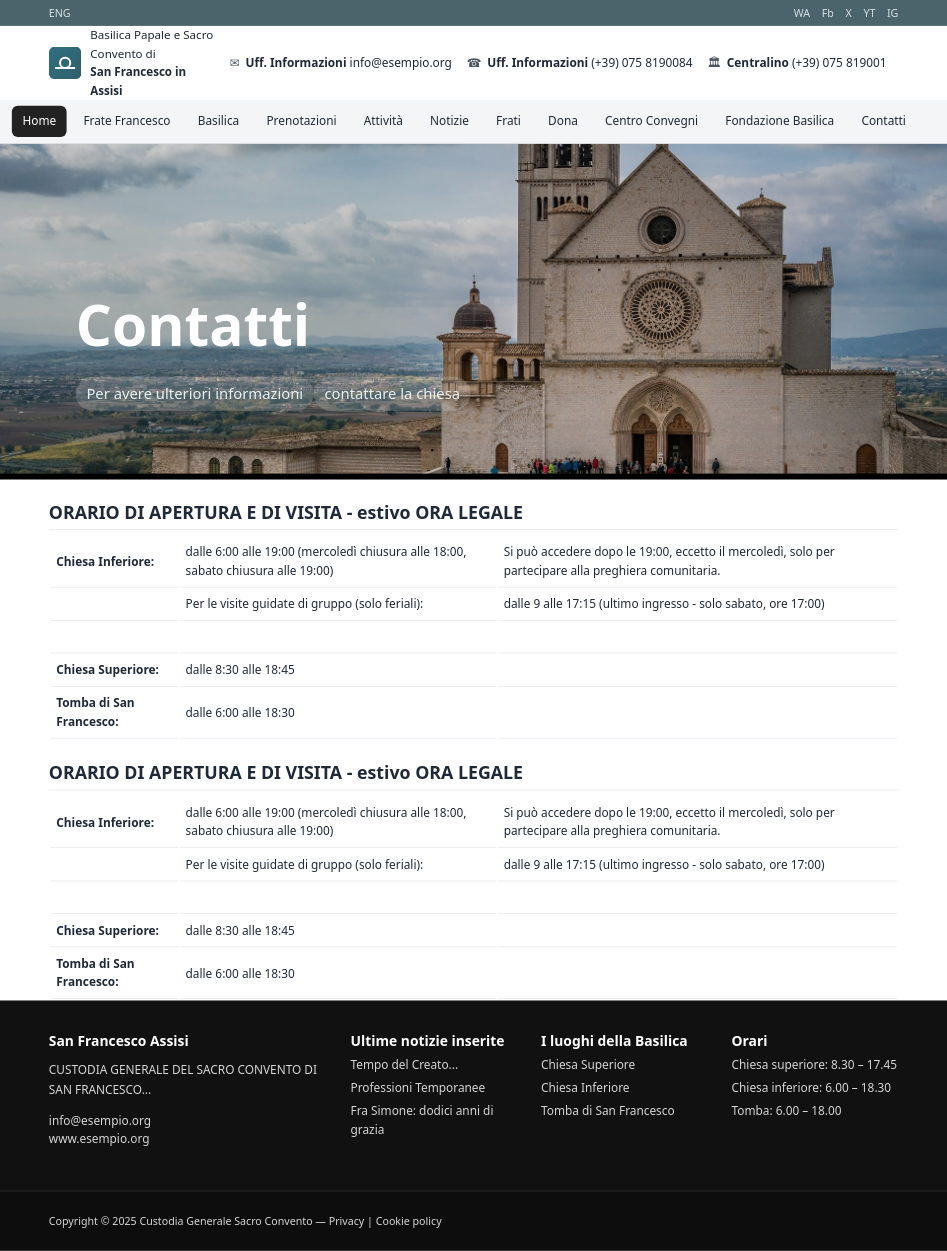
Repository: leacappello/basilica-platform-project
Page: pages/contatti.html
An editor plug-in stored every save of this project. The page is shown before and after the next save, followed by the edit.
The browser window is 1280 px wide. The pictures show the whole page, at 74% of full size.

Above is the page before, as saved 2025-09-17 09:25:54.
Console error (its wording comes from the project's code and is left out).

### pages/contatti.html
<!DOCTYPE html>
<html lang="it" class="no-js">

<head>
    <meta charset="utf-8" />
    <meta name="viewport" content="width=device-width, initial-scale=1" />
    <meta name="description"
        content="Basilica — Portale gemello (look & feel dimostrativo, contenuti e immagini originali)">
    <title>Basilica — Progetto gemello</title>

    <!-- Foglio di stile principale -->
    <link rel="stylesheet" href="../assets/styles.css" />

    <!-- Se JS è attivo, rimuoviamo la classe .no-js (utile per fallback menu) -->
    <script>document.documentElement.classList.remove('no-js');</script>
</head>

<body>

    <!-- ======================================================================
       TOPBAR: lingua + social (banda superiore sottile)
       ====================================================================== -->
    <div class="topbar">
        <div class="container topbar__inner">
            <div class="topbar__lang">
                <a href="#" aria-label="Versione in inglese">ENG</a>
            </div>
            <div class="topbar__social" aria-label="Social">
                <a href="#" aria-label="WhatsApp" title="WhatsApp">WA</a>
                <a href="#" aria-label="Facebook" title="Facebook">Fb</a>
                <a href="#" aria-label="X" title="X">X</a>
                <a href="#" aria-label="YouTube" title="YouTube">YT</a>
                <a href="#" aria-label="Instagram" title="Instagram">IG</a>
            </div>
        </div>
    </div>

    <!-- ======================================================================
       HEADER (masthead): logo + contatti rapidi + hamburger mobile
       Sticky con nav principale subito sotto
       ====================================================================== -->
    <header class="masthead">
        <div class="container masthead__inner">
            <!-- BRAND: logo + denominazione (il logo è decorativo; il nome è testuale) -->
            <a class="brand" href="#home" aria-label="Vai alla Home">
                <img src="images/logo.svg" alt="" class="brand__logo" aria-hidden="true" />
                <span class="brand__name">
                    Basilica Papale e Sacro Convento di<br />
                    <strong>San Francesco in Assisi</strong>
                </span>
            </a>

            <!-- CONTATTI RAPIDI: tre blocchi -->
            <ul class="masthead__contacts" aria-label="Contatti rapidi">
                <li>
                    <span class="ic" aria-hidden="true">✉</span>
                    <div>
                        <strong>Uff. Informazioni</strong>
                        <a href="mailto:info@esempio.org">info@esempio.org</a>
                    </div>
                </li>
                <li>
                    <span class="ic" aria-hidden="true">☎</span>
                    <div>
                        <strong>Uff. Informazioni</strong>
                        <a href="tel:+390758190084">(+39) 075 8190084</a>
                    </div>
                </li>
                <li>
                    <span class="ic" aria-hidden="true">🏛</span>
                    <div>
                        <strong>Centralino</strong>
                        <a href="tel:+39075819001">(+39) 075 819001</a>
                    </div>
                </li>
            </ul>

            <!-- HAMBURGER per mobile -->
            <button id="menu-button" class="menu-button" aria-controls="primary-nav" aria-expanded="false">
                <span class="sr-only">Apri/chiudi menu</span>
                <span aria-hidden="true" class="menu-icon"></span>
            </button>
        </div>

        <!-- NAV PRINCIPALE (mega-nav semplificato con sottomenù a tendina) -->
        <nav id="primary-nav" class="nav" aria-label="Navigazione principale">
            <ul class="nav__root">
                <li class="is-active"><a href="#home">Home</a></li>

                <li class="has-sub">
                    <a href="#frate">Frate Francesco</a>
                    <ul class="nav__sub">
                        <li><a href="#">Storia di un santo</a></li>
                        <li><a href="#">Scritti</a></li>
                    </ul>
                </li>

                <li class="has-sub">
                    <a href="#basilica">Basilica</a>
                    <ul class="nav__sub">
                        <li><a href="#">Chiesa superiore</a></li>
                        <li><a href="#">Chiesa inferiore</a></li>
                        <li><a href="#">Cripta</a></li>
                    </ul>
                </li>

                <li class="has-sub">
                    <a href="#prenotazioni">Prenotazioni</a>
                    <ul class="nav__sub">
                        <li><a href="#">Visite individuali</a></li>
                        <li><a href="#">Gruppi</a></li>
                    </ul>
                </li>

                <li class="has-sub">
                    <a href="#attivita">Attività</a>
                    <ul class="nav__sub">
                        <li><a href="#">Pastorale</a></li>
                        <li><a href="#">Cultura</a></li>
                    </ul>
                </li>

                <li><a href="#notizie">Notizie</a></li>

                <li class="has-sub">
                    <a href="#frati">Frati</a>
                    <ul class="nav__sub">
                        <li><a href="#">Comunità</a></li>
                    </ul>
                </li>

                <li class="has-sub">
                    <a href="#dona">Dona</a>
                    <ul class="nav__sub">
                        <li><a href="#">Come donare</a></li>
                    </ul>
                </li>

                <li><a href="#centro">Centro Convegni</a></li>
                <li><a href="#fondazione">Fondazione Basilica</a></li>
                <li><a href="#contatti">Contatti</a></li>
            </ul>
        </nav>
    </header>

    <!-- ======================================================================
       HERO: slider immagini + titolo
       ====================================================================== -->
    <div class="main-content">

        <section id="home" class="hero" aria-label="Sezione introduttiva">
            <div class="hero__slides">
                <figure class="hero__slide is-active">
                    <img src="../images/hero-1.jpg" alt="Affreschi della Basilica" loading="eager">
                    <figcaption>
                        <h1>Contatti <span class="accent">
                            </span></h1>
                        <p class="pill">Per avere ulteriori informazioni</p><p class="pill">contattare la chiesa</p>
                    </figcaption>
                </figure>
            </div>
        </section>

        <section>
            <div class="container">
                <div class="row">
                    <div class="">
                        <h3 class="titolo-orari">ORARIO DI APERTURA E DI VISITA - estivo ORA LEGALE</h3>
                        <table class="orari">
                            <tbody>
                                <tr>
                                    <th scope="col">Chiesa Inferiore:</th>
                                    <td>dalle 6:00 alle 19:00 (mercoledì chiusura alle 18:00, sabato chiusura alle
                                        19:00)</td>
                                    <td>Si può accedere dopo le 19:00, eccetto il mercoledì, solo per partecipare alla
                                        preghiera comunitaria.</td>
                                </tr>
                                <tr>
                                    <td>&nbsp;</td>
                                    <td>Per le visite guidate di gruppo (solo feriali):</td>
                                    <td>dalle 9 alle 17:15 (ultimo ingresso - solo sabato, ore 17:00)</td>
                                </tr>
                                <tr>
                                    <td>&nbsp;</td>
                                    <td></td>
                                    <td></td>
                                </tr>
                                <tr>
                                    <th>Chiesa Superiore:</th>
                                    <td>dalle 8:30 alle 18:45</td>
                                    <td></td>
                                </tr>
                                <tr>
                                    <th>Tomba di San Francesco:</th>
                                    <td>dalle 6:00 alle 18:30</td>
                                    <td></td>
                                </tr>
                            </tbody>
                        </table>

                        <h3 class="titolo-orari">ORARIO DI APERTURA E DI VISITA - estivo ORA LEGALE</h3>
                        <table class="orari">
                            <tbody>
                                <tr>
                                    <th scope="col">Chiesa Inferiore:</th>
                                    <td>dalle 6:00 alle 19:00 (mercoledì chiusura alle 18:00, sabato chiusura alle
                                        19:00)</td>
                                    <td>Si può accedere dopo le 19:00, eccetto il mercoledì, solo per partecipare alla
                                        preghiera comunitaria.</td>
                                </tr>
                                <tr>
                                    <td>&nbsp;</td>
                                    <td>Per le visite guidate di gruppo (solo feriali):</td>
                                    <td>dalle 9 alle 17:15 (ultimo ingresso - solo sabato, ore 17:00)</td>
                                </tr>
                                <tr>
                                    <td>&nbsp;</td>
                                    <td></td>
                                    <td></td>
                                </tr>
                                <tr>
                                    <th>Chiesa Superiore:</th>
                                    <td>dalle 8:30 alle 18:45</td>
                                    <td></td>
                                </tr>
                                <tr>
                                    <th>Tomba di San Francesco:</th>
                                    <td>dalle 6:00 alle 18:30</td>
                                    <td></td>
                                </tr>
                            </tbody>
                        </table>



                    </div>
                </div>
            </div>
        </section>
    </div>


    <!-- ======================================================================
       FOOTER “mega”: 4 colonne + riga legale con anno dinamico
       ====================================================================== -->
    <footer class="site-footer" role="contentinfo">
        <div class="container footer__grid">
            <section>
                <h3 class="footer__title">San Francesco Assisi</h3>
                <p>CUSTODIA GENERALE DEL SACRO CONVENTO DI SAN FRANCESCO...</p>
                <p>
                    <a href="mailto:info@esempio.org">info@esempio.org</a><br>
                    <a href="https://www.esempio.org">www.esempio.org</a>
                </p>
            </section>

            <section>
                <h3 class="footer__title">Ultime notizie inserite</h3>
                <ul class="footer__list">
                    <li><a href="#">Tempo del Creato...</a></li>
                    <li><a href="#">Professioni Temporanee</a></li>
                    <li><a href="#">Fra Simone: dodici anni di grazia</a></li>
                </ul>
            </section>

            <section>
                <h3 class="footer__title">I luoghi della Basilica</h3>
                <ul class="footer__list">
                    <li><a href="#">Chiesa Superiore</a></li>
                    <li><a href="#">Chiesa Inferiore</a></li>
                    <li><a href="#">Tomba di San Francesco</a></li>
                </ul>
            </section>

            <section>
                <h3 class="footer__title">Orari</h3>
                <ul class="footer__list">
                    <li>Chiesa superiore: 8.30 – 17.45</li>
                    <li>Chiesa inferiore: 6.00 – 18.30</li>
                    <li>Tomba: 6.00 – 18.00</li>
                </ul>
            </section>
        </div>

        <div class="footer__legal">
            <div class="container">
                <p>Copyright © <span id="year"></span> Custodia Generale Sacro Convento — <a href="#">Privacy</a> | <a
                        href="#">Cookie policy</a></p>
            </div>
        </div>
    </footer>

    <!-- Script frontend: toggle menu, slider, evidenziazione link, anno -->
    <script src="../assets/script.js"></script>
</body>

</html>

### assets/styles.css
/* ==========================================================================
   STILE PRINCIPALE — Basilica Twin (frontend fedele, leggero, accessibile)
   - Palette teal/slate ispirata
   - Layout con Grid/Flex, breakpoint tablet/mobile
   - Componenti: topbar, masthead, nav con sottomenù, hero+cards, eventi,
                 cards notizie, stats overlay, footer mega
   ========================================================================== */

/* ============== Token / Reset ============== */
:root{
  --bg:#ffffff; --fg:#1f2937; --muted:#6b7280;
  --brand:#3b5961;
  --brand-700:#2f474e;
  --accent:#315f6b;
  --surface:#f5f7f9;
  --border:#e5e7eb;

  --container:1180px;
  --radius:12px;
  --shadow:0 8px 24px rgba(0,0,0,.12);

  --space-2:.5rem; --space-3:.75rem; --space-4:1rem;
  --space-6:1.5rem; --space-8:2rem; --space-10:2.5rem;

  --fs-sm:.9rem; --fs-base:1rem; --fs-lg:1.125rem;
  --fs-xl:1.5rem; --fs-2xl:2rem; --lh:1.6;

  --header-h:64px;
}

*{box-sizing:border-box}
html,body{margin:0}
body{
  font:400 var(--fs-base)/var(--lh) ui-sans-serif,system-ui,-apple-system,"Segoe UI",Roboto,Arial;
  color:var(--fg); background:var(--bg);
}
h1,h2,h3{margin:.25rem 0 var(--space-3); line-height:1.2}
h1{font-size:clamp(2rem,5vw,3rem)}
h2{font-size:clamp(1.5rem,3.5vw,2.25rem)}
a{color:inherit; text-decoration:none}
a:hover{text-decoration:underline}
.muted{color:var(--muted)}
.accent{color:#2f6f80}

.container{max-width:var(--container);margin-inline:auto;padding-inline:var(--space-4)}
.section{padding-block:var(--space-10)}
.sr-only{position:absolute;width:1px;height:1px;overflow:hidden;clip:rect(0,0,0,0);white-space:nowrap}

/* ============== Topbar ============== */
.topbar{background:#4b636b;color:#e6eef1;font-size:var(--fs-sm)}
.topbar__inner{display:flex;justify-content:space-between;align-items:center;padding-block:6px}
.topbar a{color:#e6eef1;opacity:.9}
.topbar a:hover{opacity:1}
.topbar__social a{margin-left:12px}

/* ============== Masthead (logo+contatti+hamburger) ============== */
.masthead{background:#fff;border-bottom:1px solid var(--border);position:sticky;top:0;z-index:30}
.masthead__inner{
  display:grid;grid-template-columns:1fr auto auto;gap:1rem;align-items:center;min-height:var(--header-h)
}
.brand{display:flex;align-items:center;gap:.75rem;text-decoration:none}
.brand__logo{width:44px;height:44px;object-fit:contain}
.brand__name{font-size:.98rem}
.masthead__contacts{list-style:none;display:flex;gap:1.25rem;margin:0;padding:0}
.masthead__contacts li{display:flex;gap:.5rem;align-items:center}
.ic{font-style:normal;opacity:.8}

/* Hamburger (mobile only) */
.menu-button{display:none;background:transparent;border:0;cursor:pointer}
.menu-icon{width:24px;height:2px;background:var(--fg);display:inline-block;position:relative}
.menu-icon::before,.menu-icon::after{content:"";position:absolute;left:0;width:24px;height:2px;background:var(--fg)}
.menu-icon::before{top:-6px}.menu-icon::after{top:6px}

/* ============== Nav (root + submenu) ============== */
.nav{background:#f3f5f6}
.nav__root{display:flex;gap:.5rem;list-style:none;margin:0;padding:.5rem var(--space-4)}
.nav__root>li>a{display:block;padding:.5rem .9rem;border-radius:8px}
.nav__root>li.is-active>a{background:#222;color:#fff}
.nav a[aria-current="page"]{background:#222;color:#fff;border-radius:8px}

/* Sottomenù desktop (hover) */
.has-sub{position:relative}
.has-sub>.nav__sub{
  display:none;position:absolute;left:0;top:calc(100% + 6px);
  min-width:240px;background:#fff;border:1px solid var(--border);
  border-radius:10px;box-shadow:var(--shadow);padding:.5rem
}
.has-sub:hover>.nav__sub{display:block}
.nav__sub{list-style:none;margin:0}
.nav__sub a{display:block;padding:.5rem .75rem;border-radius:6px}
.nav__sub a:hover{background:#f7f7f9}

/* ============== Hero (slider + overlay cards) ============== */
.hero{position:relative;background:#000;color:#fff}
.hero__slides{position:relative;overflow:hidden}
.hero__slide{display:none;margin:0}
.hero__slide.is-active{display:block}
.hero__slide img{width:100%;height:62vh;min-height:420px;object-fit:cover;opacity:.9}
.hero__slide figcaption{position:absolute;left:8%;bottom:16%;max-width:700px}
.hero__slide h1{font-size:clamp(2.5rem,6vw,5rem);font-weight:600}
.pill{
  display:inline-block;margin-top:.75rem;padding:.45rem .9rem;
  background:rgba(255,255,255,.18);border-radius:999px;color:#e9f1f3;font-size:1.25rem
}

/* Controlli slider */
.hero__ctrl{
  position:absolute;top:50%;transform:translateY(-50%);
  background:rgba(0,0,0,.35);color:#fff;border:0;border-radius:999px;
  width:40px;height:40px;cursor:pointer
}
.hero__ctrl.prev{left:14px}
.hero__ctrl.next{right:14px}

/* Overlay 4 card */
.hero__overlay{position:relative}
.hero__cards{
  display:grid;grid-template-columns:repeat(4,1fr);gap:1rem;margin-top:-70px
}
.card{
  background:#526e76;color:#ecf1f3;padding:1.1rem;border-radius:14px;box-shadow:var(--shadow)
}
.card h3{margin:.1rem 0 .35rem}
.card .btn{margin-top:.5rem}

/* ============== Buttons ============== */
.btn{
  display:inline-block;font-weight:600;border:0;border-radius:10px;
  padding:.65rem 1rem;cursor:pointer;text-decoration:none
}
.btn--primary{background:var(--brand);color:#fff}
.btn--primary:hover{background:var(--brand-700)}
.btn--ghost{background:transparent;color:#fff;border:1px solid rgba(255,255,255,.7)}
.btn--ghost:hover{background:rgba(255,255,255,.12)}

/* ============== Eventi a 2 colonne ============== */
.grid-2{display:grid;grid-template-columns:2fr 1.2fr;gap:2rem}
.eyebrow{color:var(--muted);letter-spacing:.06em;text-transform:uppercase;font-size:.85rem}
.media img{width:100%;border-radius:12px}

.events{list-style:none;margin:0;padding:0;display:grid;gap:1rem}
.events li{
  display:grid;grid-template-columns:70px 1fr;gap:1rem;align-items:start;
  border-bottom:1px solid var(--border);padding-bottom:1rem
}
.date{
  width:70px;background:#315f6b;color:#fff;border-radius:8px;
  display:grid;place-items:center;padding:.35rem 0
}
.date span{font-size:1.4rem;font-weight:700;line-height:1}
.date small{opacity:.8}

/* ============== Cards 3 (notizie/progetti) ============== */
.cards-3{display:grid;grid-template-columns:repeat(3,1fr);gap:1.2rem}
.post{
  background:#fff;border:1px solid var(--border);border-radius:12px;
  overflow:hidden;display:flex;flex-direction:column
}
.post img{width:100%;aspect-ratio:16/9;object-fit:cover}
.post__body{padding:1rem;display:grid;gap:.5rem}
.badge{
  display:inline-flex;align-items:center;gap:.5rem;background:#e6eef1;
  border-radius:8px;padding:.25rem .5rem;color:#2f4f59;font-weight:700
}
.post__title{font-weight:700;text-decoration:none}
.readmore{font-weight:600;color:var(--accent);text-decoration:none}

/* ============== Stats (background con overlay scuro fisso) ============== */
.stats{
  background:url('../images/hero-1.jpg') center/cover no-repeat fixed;
  position:relative;color:#e9eef1
}
.stats::before{content:"";position:absolute;inset:0;background:rgba(22,32,41,.65)}
.stats__grid{
  position:relative;display:grid;grid-template-columns:repeat(4,1fr);
  gap:2rem;padding-block:3rem
}
.stats__grid .n{font-size:2.25rem;font-weight:800}

/* ============== Footer “mega” ============== */
.site-footer{background:#111;color:#d6d6d6}
.footer__grid{display:grid;grid-template-columns:2fr 1.2fr 1.2fr 1.2fr;gap:2rem;padding-block:2.5rem}
.footer__title{color:#fff;margin-bottom:.5rem}
.footer__list{list-style:none;margin:0;padding:0;display:grid;gap:.35rem}
.footer__legal{border-top:1px solid #333;background:#0d0d0d;font-size:.9rem}
.footer__legal .container{padding-block:.9rem}
.center{text-align:center}
.mt-4{margin-top:var(--space-4)}

/* ============== Responsive ============== */
@media (max-width: 1024px){
  .masthead__inner{grid-template-columns:1fr auto auto}
  .hero__cards{grid-template-columns:repeat(2,1fr);margin-top:-50px}
  .grid-2{grid-template-columns:1fr}
  .cards-3{grid-template-columns:1fr 1fr}
}
@media (max-width: 768px){
  .masthead__contacts{display:none}
  .menu-button{display:inline-block}
  .nav{display:none}
  .nav[data-open="true"]{display:block}
  .nav__root{flex-direction:column}
  .hero__cards{grid-template-columns:1fr;margin-top:-30px}
  .cards-3{grid-template-columns:1fr}
  .stats__grid{grid-template-columns:1fr 1fr}
}
@media (max-width: 480px){
  .stats__grid{grid-template-columns:1fr}
}

/* ============== No-JS fallback ============== */
.no-js .nav{display:block}

/* ============== Tabella Orari ============== */
.tabella-orari{
  width:100%;
  border-collapse:collapse;
}
.orari th,.orari td{
  padding:.5rem;
  border-bottom:1px solid var(--border);
  text-align: left;
}

.titolo-orari{
  margin-top: 30px; font-size: 1.5rem;
  margin-bottom:.5rem;
  border-bottom:1px solid var(--border);
  padding-bottom:.5rem
}
/* ============== Tabella Orari ============== */

Loaded but not shown: assets/script.js (113 lines, source omitted)

After the next save:
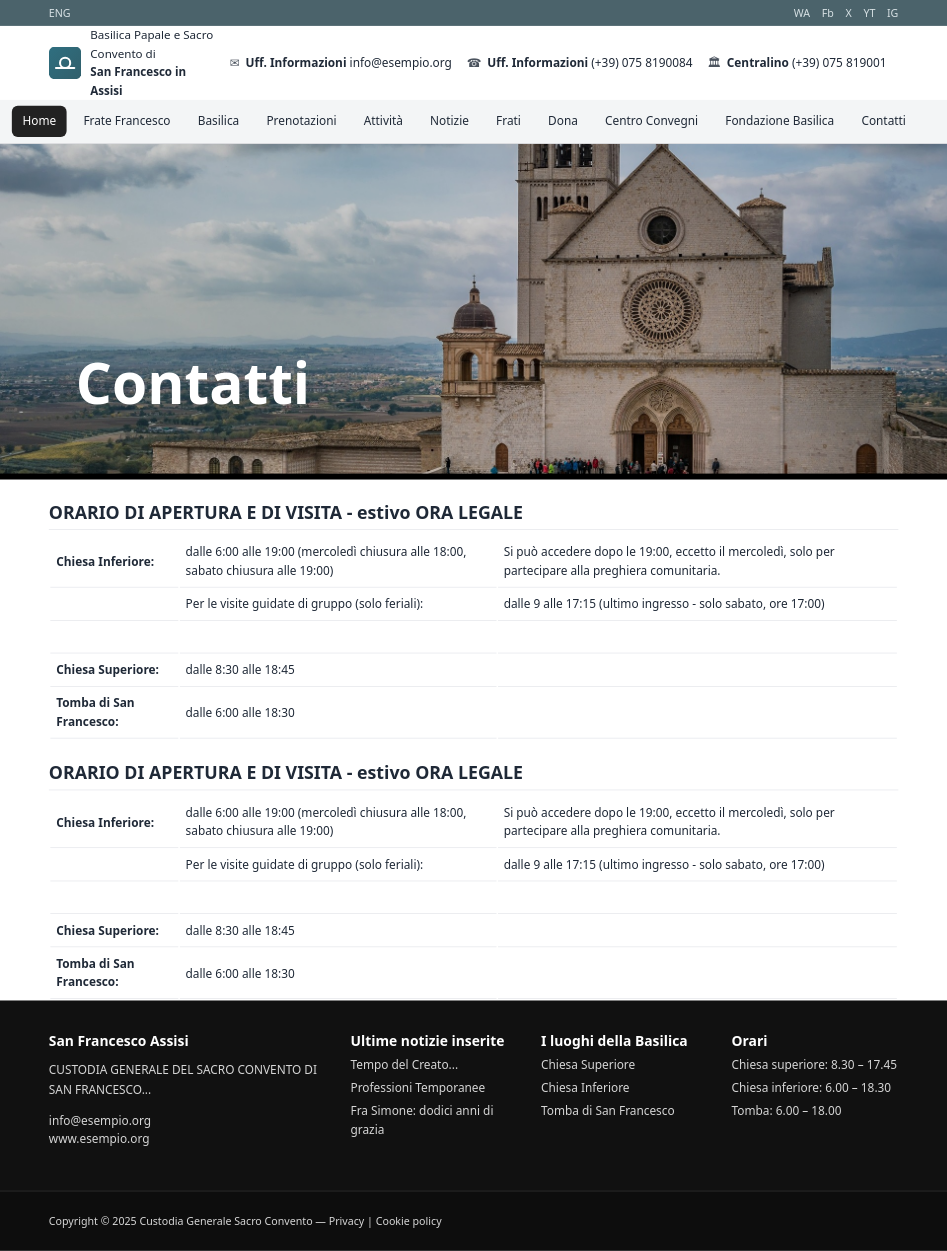
Saved 15 s later.
--- a/pages/contatti.html
+++ b/pages/contatti.html
@@ -155,7 +155,6 @@
                     <figcaption>
                         <h1>Contatti <span class="accent">
                             </span></h1>
-                        <p class="pill">Per avere ulteriori informazioni</p><p class="pill">contattare la chiesa</p>
                     </figcaption>
                 </figure>
             </div>
